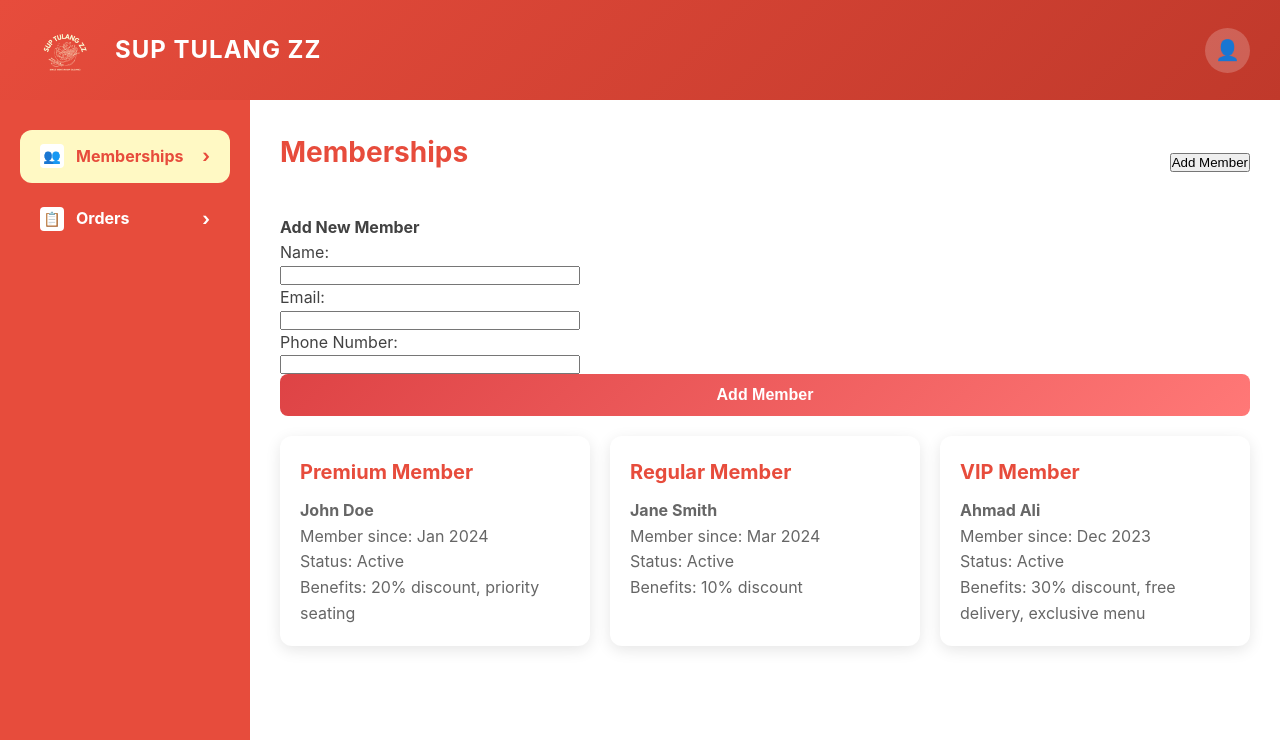
Repository: YIsheng2002/web-frontend
Page: view/Staff/dashboardstaff.html
An editor plug-in stored every save of this project. The page is shown before and after the next save, followed by the edit.
The browser window is 1280 px wide. The pictures show the whole page.

Above is the page before, as saved 2025-06-12 15:44:39.

### view/Staff/dashboardstaff.html
<!DOCTYPE html>
<html lang="en">

<head>
    <meta charset="UTF-8">
    <meta name="viewport" content="width=device-width, initial-scale=1.0">
    <title>SUP TULANG ZZ</title>
    <link rel="stylesheet" href="../Staff/assets/css/main.css">
    <link rel="stylesheet" href="../../assets/css/main.css">
    <link rel="stylesheet" href="./assets/css/dashboardStaff.css">
    <script src="./assets/javascript/dashboardStaff.js"></script>

</head>

<body>
    <!-- Header -->
    <header class="header">
        <div class="logo-section">
            <img src="../../assets/images/logo.png" alt="Logo" class="logo">
            <h1 class="brand-name">SUP TULANG ZZ</h1>
        </div>

        <div class="user-menu">
            <div class="user-avatar" onclick="toggleDropdown()">
                👤
            </div>
            <div class="dropdown-menu" id="userDropdown">
                <a href="#" class="dropdown-item" onclick="showProfile()">
                    👤 Profile
                </a>
                <a href="#" class="dropdown-item" onclick="showSettings()">
                    ⚙️ Settings
                </a>
                <a href="#" class="dropdown-item" onclick="showOrders()">
                    📋 Orders
                </a>
                <a href="#" class="dropdown-item" onclick="showReports()">
                    📊 Reports
                </a>
                <hr style="margin: 8px 0; border: none; border-top: 1px solid #eee;">
                <a href="#" class="dropdown-item danger" onclick="logout()">
                    🚪 Logout
                </a>
            </div>
        </div>
    </header>

    <div class=" dashboard-container">
        <!-- Sidebar -->
        <div class="sidebar">
            <ul class="sidebar-menu">
                <li class="sidebar-item">
                    <a href="#" class="sidebar-link active" onclick="showMembership(event)">
                        <div class="sidebar-icon">👥</div>
                        <span class="sidebar-text">Memberships</span>
                        <span class="sidebar-arrow">›</span>
                    </a>
                </li>
                <li class="sidebar-item">
                    <a href="#" class="sidebar-link" onclick="showOrders(event)">
                        <div class="sidebar-icon">📋</div>
                        <span class="sidebar-text">Orders</span>
                        <span class="sidebar-arrow">›</span>
                    </a>
                </li>
            </ul>
        </div>
        <!-- Main Content -->
        <div class="main-content active" id="membership">
            <div class="membership-header">
                <h3>Memberships</h3>
                <button class="add-member-btn" onclick="addMember()">Add Member</button>
            </div>

            <div id="membershipForm" class="membership-form hidden">
                <h4>Add New Member</h4>
                <form id="addMemberForm">
                    <div class="form-group">
                        <label for="memberName">Name:</label>
                        <input type="text" class="input-size" id="memberName" name="memberName" required>
                    </div>

                    <div class="form-group">
                        <label for="memberEmail">Email:</label>
                        <input type="email" class="input-size" id="memberEmail" name="memberEmail" required>
                    </div>

                    <div class="form-group">
                        <label for="memberphonenumber">Phone Number:</label>
                        <input type="phone number" class="input-size" id="memberphonenumber" name="memberphonenumber"required>
                         <button type="submit" class="btn-primary">Add Member</button>
                    </div>


                </form>

                <div class="membership-cards">
                    <div class="membership-card">
                        <div class="membership-title">Premium Member</div>
                        <div class="membership-details">
                            <p><strong>John Doe</strong></p>
                            <p>Member since: Jan 2024</p>
                            <p>Status: Active</p>
                            <p>Benefits: 20% discount, priority seating</p>
                        </div>
                    </div>
                    <div class="membership-card">
                        <div class="membership-title">Regular Member</div>
                        <div class="membership-details">
                            <p><strong>Jane Smith</strong></p>
                            <p>Member since: Mar 2024</p>
                            <p>Status: Active</p>
                            <p>Benefits: 10% discount</p>
                        </div>
                    </div>
                    <div class="membership-card">
                        <div class="membership-title">VIP Member</div>
                        <div class="membership-details">
                            <p><strong>Ahmad Ali</strong></p>
                            <p>Member since: Dec 2023</p>
                            <p>Status: Active</p>
                            <p>Benefits: 30% discount, free delivery, exclusive menu</p>
                        </div>
                    </div>
                </div>
            </div>
            <div class="main-content" id="orders">
                <h3>Orders</h3>
                <div class="order-list">
                    <div class="order-item">
                        <span class="order-id">Order #12345</span>
                        <span class="order-status pending">Pending</span>
                    </div>
                    <div class="order-item">
                        <span class="order-id">Order #12346</span>
                        <span class="order-status completed">Completed</span>
                    </div>
                    <div class="order-item">
                        <span class="order-id">Order #12347</span>
                        <span class="order-status pending">Pending</span>
                    </div>
                    <div class="order-item">
                        <span class="order-id">Order #12348</span>
                        <span class="order-status cancelled">Cancelled</span>
                    </div>
                </div>
            </div>

</body>

</html>

### view/Staff/assets/css/main.css
* {
    margin: 0;
    padding: 0;
    box-sizing: border-box;
}

body {
    font-family: -apple-system, BlinkMacSystemFont, 'Segoe UI', Roboto, sans-serif;
    line-height: 1.6;
    color: #333;
    background-color: #f5f5f5;
}

.btn-primary {
    background: linear-gradient(135deg, #667eea 0%, #764ba2 100%);
    color: white;
    border: none;
    padding: 12px 24px;
    border-radius: 8px;
    font-size: 16px;
    font-weight: 600;
    cursor: pointer;
    transition: all 0.3s ease;
    width: 100%;
}

.btn-primary:hover {
    transform: translateY(-2px);
    box-shadow: 0 8px 25px rgba(102, 126, 234, 0.3);
}

.btn-primary:active {
    transform: translateY(0);
}

### assets/css/main.css
:root{
    --primary-color: #DE4345;
    --secondary-color: #F8FAD4;
    --white-color: #FFFFFF;
    --header-font-color: #212121;
    --header6-font-color: #424242;
    --light-red: #FF7877;
}

* {
    margin: 0;
    padding: 0;
    box-sizing: border-box;
}

body {
    font-family: -apple-system, BlinkMacSystemFont, 'Segoe UI', Roboto, sans-serif;
    line-height: 1.6;
    color: var(--header6-font-color);
    background-color: #f5f5f5;
}

.btn-primary {
    background: linear-gradient(135deg, var(--primary-color) 0%, var(--light-red) 100%);
    color: white;
    border: none;
    padding: 12px 24px;
    border-radius: 8px;
    font-size: 16px;
    font-weight: 600;
    cursor: pointer;
    transition: all 0.3s ease;
    width: 100%;
}

.btn-primary:hover {
    transform: translateY(-5px);
    box-shadow: 0 8px 25px rgba(253, 114, 92, 0.22);
}

.btn-primary:active {
    transform: translateY(0);
}

/* Header Styles */
.header {
    background: linear-gradient(135deg, #e74c3c, #c0392b);
    color: white;
    padding: 15px 30px;
    display: flex;
    justify-content: space-between;
    align-items: center;
    box-shadow: 0 2px 10px rgba(0,0,0,0.1);
}

.logo-section {
    display: flex;
    align-items: center;
    gap: 15px;
}

.logo {
    width: 70px;
    height: 70px;
    display: flex;
    align-items: center;
    justify-content: center;
    font-weight: bold;
    font-size: 18px;
}

.brand-name {
    font-size: 28px;
    font-weight: bold;
    letter-spacing: 1px;
}

### view/Staff/assets/css/dashboardStaff.css
/* Reset and Base Styles - Using your main.css */


.brand-name {
    color: white;
    font-size: 24px;
    font-weight: bold;
}

/* User Menu */
.user-menu {
    position: relative;
}

.user-avatar {
    width: 45px;
    height: 45px;
    background: rgba(255, 255, 255, 0.2);
    border-radius: 50%;
    display: flex;
    align-items: center;
    justify-content: center;
    cursor: pointer;
    transition: all 0.3s ease;
    font-size: 20px;
    color: white;
}

.user-avatar:hover {
    background: rgba(255, 255, 255, 0.3);
    transform: scale(1.05);
}

.dropdown-menu {
    position: absolute;
    top: 100%;
    right: 0;
    background: white;
    border-radius: 12px;
    box-shadow: 0 10px 30px rgba(0, 0, 0, 0.15);
    padding: 12px 0;
    min-width: 180px;
    opacity: 0;
    visibility: hidden;
    transform: translateY(-10px);
    transition: all 0.3s ease;
    z-index: 1000;
    margin-top: 10px;
}

.dropdown-menu.show {
    opacity: 1;
    visibility: visible;
    transform: translateY(0);
}

.dropdown-item {
    display: block;
    padding: 12px 20px;
    color: #333;
    text-decoration: none;
    transition: background 0.3s ease;
    display: flex;
    align-items: center;
    gap: 10px;
}

.dropdown-item:hover {
    background: #f8f9fa;
}

.dropdown-item.danger:hover {
    background: #fee;
    color: #e74c3c;
}


/* Main Layout */
.dashboard-container {
    display: flex;
    height: calc(100vh - 80px);
}

/* Sidebar */
.sidebar {
    width: 250px;
    background-color: #e74c3c;
    padding: 20px 0;
}

.sidebar-menu {
    list-style: none;
    padding: 0;
    margin: 0;
}

.sidebar-item {
    margin: 10px 0;
    padding: 0 20px;
}

.sidebar-link {
    display: flex;
    align-items: center;
    justify-content: space-between;
    text-decoration: none;
    padding: 12px 20px;
    font-size: 16px;
    font-weight: bold;
    border-radius: 12px;
    transition: all 0.3s ease;
    color: #fff;
    background-color: transparent;
}

.sidebar-link:hover {
    background-color: rgba(255, 255, 255, 0.1);
}

.sidebar-link.active {
    background-color: #fff9c4;
    color: #e74c3c;
}

.sidebar-icon {
    width: 24px;
    height: 24px;
    margin-right: 12px;
    background: #fff;
    border-radius: 4px;
    display: flex;
    align-items: center;
    justify-content: center;
    font-size: 14px;
}

.sidebar-text {
    flex-grow: 1;
}

.sidebar-arrow {
    font-size: 18px;
    margin-left: 12px;
}

/* Main Content */
.main-content {
    flex: 1;
    padding: 30px;
    background: white;
    overflow-y: auto;
    display: none;
}

.main-content.active {
    display: block;
}

.main-content h3 {
    color: #e74c3c;
    margin-bottom: 20px;
    font-size: 28px;
}

/* Membership Content */
.membership-cards {
    display: grid;
    grid-template-columns: repeat(auto-fit, minmax(300px, 1fr));
    gap: 20px;
    margin-top: 20px;
}

.membership-card {
    background: white;
    border-radius: 12px;
    padding: 20px;
    box-shadow: 0 4px 15px rgba(0, 0, 0, 0.1);
    transition: transform 0.3s ease;
}

.membership-card:hover {
    transform: translateY(-5px);
}

.membership-title {
    font-size: 20px;
    font-weight: bold;
    color: #e74c3c;
    margin-bottom: 10px;
}

.membership-details {
    color: #666;
    line-height: 1.6;
}

/* Orders Content */
.order-list {
    margin-top: 20px;
}

.order-item {
    background: white;
    border-radius: 12px;
    padding: 20px;
    margin-bottom: 15px;
    box-shadow: 0 4px 15px rgba(0, 0, 0, 0.1);
    display: flex;
    justify-content: space-between;
    align-items: center;
    transition: transform 0.3s ease;
}

.order-item:hover {
    transform: translateY(-2px);
}

.order-id {
    font-weight: bold;
    color: #333;
}

.order-status {
    padding: 8px 16px;
    border-radius: 20px;
    font-size: 14px;
    font-weight: bold;
}

.order-status.pending {
    background: #fff3cd;
    color: #856404;
}

.order-status.completed {
    background: #d4edda;
    color: #155724;
}

.order-status.cancelled {
    background: #f8d7da;
    color: #721c24;
}

.membership-header {
    display: flex;
    justify-content: space-between;
    align-items: center;
    margin-bottom: 20px;
}

.add-membership-btn {
    background-color: #e74c3c;
    color:white;
    padding: 10px 20px;
    border: none;
    border-radius: 8px;
    font-size: 14px;
    font-weight: bold;
    cursor: pointer;
    transition: background-color 0.3s ease;
    float: right; /* This makes it right-aligned */
    margin-bottom: 20px;

}
.add-membership-btn:hover {
    background-color: #cf4436; /* slightly darker on hover */
}

.add-membership-btn:active {
    transform: translateY(1px);
}

.form-group {
    display: flex;
    flex-direction: column;
}
.input-size {
    width: 300px;
}


/* Responsive Design */
@media (max-width: 768px) {
    .dashboard-container {
        flex-direction: column;
    }

    .sidebar {
        width: 100%;
        height: auto;
        padding: 10px 0;
    }

    .sidebar-menu {
        display: flex;
        overflow-x: auto;
    }

    .sidebar-item {
        flex: 0 0 auto;
        margin: 0 5px;
    }

    .main-content {
        padding: 20px;
    }

    .membership-cards {
        grid-template-columns: 1fr;
    }
}

### view/Staff/assets/javascript/dashboardStaff.js
// Dropdown functionality
function toggleDropdown() {
    const dropdown = document.getElementById('userDropdown');
    dropdown.classList.toggle('show');
}

// Close dropdown when clicking outside
document.addEventListener('click', function (event) {
    const userMenu = document.querySelector('.user-menu');
    const dropdown = document.getElementById('userDropdown');

    if (!userMenu.contains(event.target)) {
        dropdown.classList.remove('show');
    }
});

// Page navigation
function showPage(pageId, clickedElement) {
    // Hide all pages
    document.querySelectorAll('.main-content').forEach(page => {
        page.classList.remove('active');
    });

    // Show selected page
    const targetPage = document.getElementById(pageId);
    if (targetPage) {
        targetPage.classList.add('active');
    }

    // Remove active class from all sidebar links
    document.querySelectorAll('.sidebar-link').forEach(link => {
        link.classList.remove('active');
    });

    // Add active class to clicked element
    if (clickedElement) {
        clickedElement.classList.add('active');
    }
}

// Sidebar navigation functions
function showMembership(event) {
    event.preventDefault();
    showPage('membership', event.currentTarget);
}

function showOrders(event) {
    event.preventDefault();
    showPage('orders', event.currentTarget);
}

// User menu actions
function showProfile() {
    alert('Profile page - Coming soon!');
    toggleDropdown();
}

function showSettings() {
    alert('Settings page - Coming soon!');
    toggleDropdown();
}

function showOrdersFromDropdown() {
    showPage('orders');
    // Also update sidebar active state
    document.querySelectorAll('.sidebar-link').forEach(link => {
        link.classList.remove('active');
    });
    const ordersLink = document.querySelector('[onclick="showOrders(event)"]');
    if (ordersLink) {
        ordersLink.classList.add('active');
    }
    toggleDropdown();
}

function showReports() {
    alert('Reports page - Coming soon!');
    toggleDropdown();
}

function logout() {
    if (confirm('Are you sure you want to logout?')) {
        alert('Logged out successfully!');
        // Add your logout logic here
        // For example: window.location.href = '/login.html';
    }
    toggleDropdown();
}

// Initialize dashboard when page loads
document.addEventListener('DOMContentLoaded', function() {
    console.log('Dashboard loaded successfully!');

    // You can add any initialization code here
    // For example, loading data from API, setting up event listeners, etc.
});

// Utility function to add new membership card
function addMembershipCard(memberData) {
    const membershipCards = document.querySelector('.membership-cards');
    const cardHTML = `
        <div class="membership-card">
            <div class="membership-title">${memberData.type} Member</div>
            <div class="membership-details">
                <p><strong>${memberData.name}</strong></p>
                <p>Member since: ${memberData.joinDate}</p>
                <p>Status: ${memberData.status}</p>
                <p>Benefits: ${memberData.benefits}</p>
            </div>
        </div>
    `;
    membershipCards.insertAdjacentHTML('beforeend', cardHTML);
}

// Utility function to add new order
function addOrderItem(orderData) {
    const orderList = document.querySelector('.order-list');
    const orderHTML = `
        <div class="order-item">
            <span class="order-id">Order #${orderData.id}</span>
            <span class="order-status ${orderData.status.toLowerCase()}">${orderData.status}</span>
        </div>
    `;
    orderList.insertAdjacentHTML('beforeend', orderHTML);
}

function handleAddMember(){
    const form = document.getElementById('addMemberForm');
    form.style.display = form.style.display === "none" ? "block" : "none";

}

// Example usage:
// addMembershipCard({
//     type: 'Gold',
//     name: 'Sarah Johnson',
//     joinDate: 'May 2024',
//     status: 'Active',
//     benefits: '25% discount, free appetizer'
// });

// addOrderItem({
//     id: '12349',
//     status: 'Completed'
// });

After the next save:
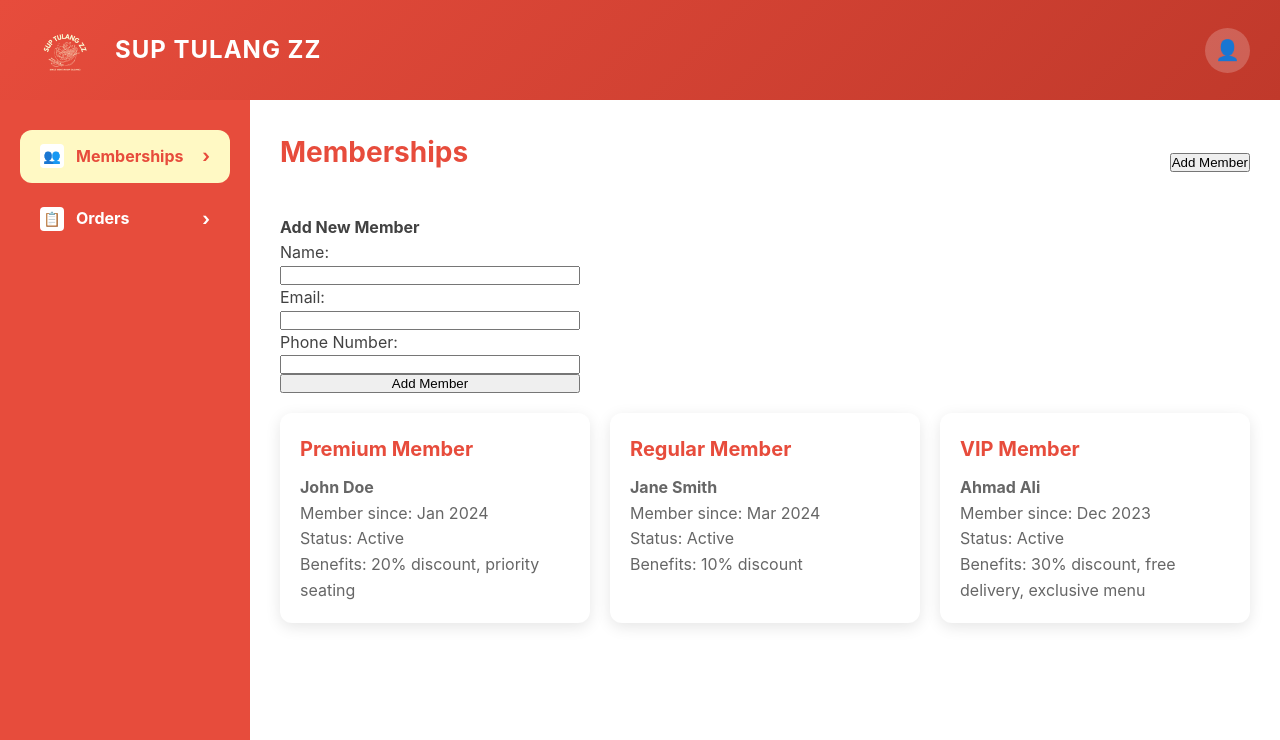
Saved 68 s later.
--- a/view/Staff/dashboardstaff.html
+++ b/view/Staff/dashboardstaff.html
@@ -88,8 +88,10 @@
                     <div class="form-group">
                         <label for="memberphonenumber">Phone Number:</label>
                         <input type="phone number" class="input-size" id="memberphonenumber" name="memberphonenumber"required>
-                         <button type="submit" class="btn-primary">Add Member</button>
+                        <button type="submit" class="input-size">Add Member</button>
                     </div>
+
+
 
 
                 </form>
